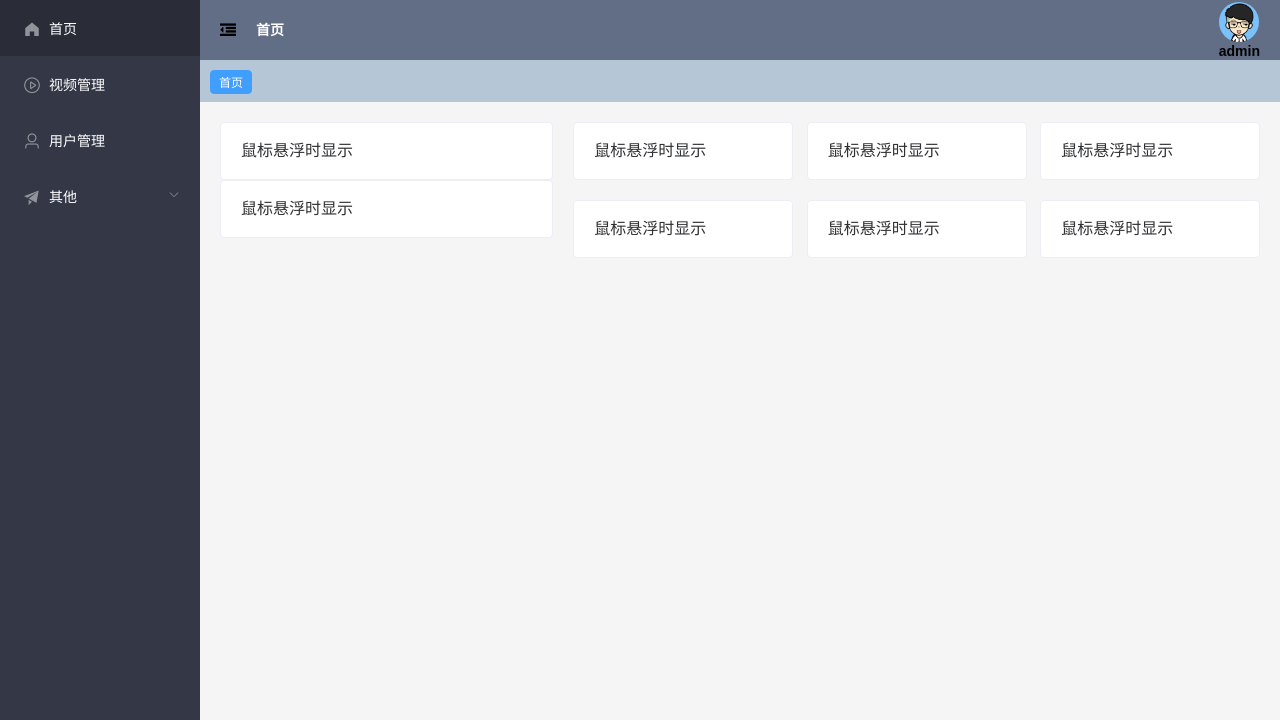
Repository: coWhy/vue-manage
Page: /
An editor plug-in stored every save of this project. The page is shown before and after the next save, followed by the edit.
The browser window is 1280 px wide. The pictures show the whole page.
The project was rebuilt for these pictures with package versions that can differ from the ones it lists, and the page was loaded fresh each time. Also part of the build but not shown: vue.config.js.

Above is the page before, as saved 2020-04-13 22:44:08.

### src/main.js
import Vue from 'vue'
import App from './App.vue'
import router from './router'
import store from './store'
// 全局配置样式
import '@/assets/scss/reset.scss'
import '@/assets/font-awesome-4.7.0/css/font-awesome.css'
// 第三方包
import ElementUI from 'element-ui'
import 'element-ui/lib/theme-chalk/index.css'
// 自定义全局插件
import http from '@/plugins/http' // 自定义全局axios
// 引入Mock 主要是用于前端模拟使用 使用时 记得注释掉
import './mock'

Vue.config.productionTip = false
Vue.use(http)
console.log(
  `当前所处开发环境:【${process.env.NODE_ENV}】| 路由为: 【${process.env.VUE_APP_URL}】`
)
Vue.use(ElementUI)
new Vue({
  router,
  store,
  render: h => h(App)
}).$mount('#app')

### src/App.vue
<template>
  <div id="app">
    <router-view />
  </div>
</template>

<style lang="scss">
#app {
  // color: $theme-color;
  height: 100vh;
}
</style>

### src/router/index.js
import Vue from 'vue'
import VueRouter from 'vue-router'
//
const originalPush = VueRouter.prototype.push
VueRouter.prototype.push = function push(location) {
  return originalPush.call(this, location).catch(err => err)
}
Vue.use(VueRouter)

const routes = [
  {
    path: '/',
    component: () => import('@/views/layout/index'),
    children: [
      {
        path: '/',
        name: 'home',
        component: () => import('@/views/home/index')
      },
      {
        path: '/video',
        name: 'video',
        component: () => import('@/views/video/index')
      },
      {
        path: '/user',
        name: 'user',
        component: () => import('@/views/user/index')
      },
      {
        path: '/page1',
        name: 'page1',
        component: () => import('@/views/other/page1')
      },
      {
        path: '/page2',
        name: 'page2',
        component: () => import('@/views/other/page2')
      }
    ]
  }
]

const router = new VueRouter({
  routes
})

export default router

### src/store/index.js
import Vue from 'vue'
import Vuex from 'vuex'
import tag from './modules/tag'
Vue.use(Vuex)

export default new Vuex.Store({
  state: {},
  mutations: {},
  actions: {},
  modules: {
    tag
  }
})

### src/plugins/http.js
// 自定义开发插件
import axios from 'axios'

const MyHttpServer = {}

MyHttpServer.install = Vue => {
  // 基准地址
  // axios.defaults.baseURL = process.env.VUE_APP_URL
  const service = axios.create({
    baseURL: process.env.VUE_APP_URL, //请求基础url
    timeout: 3000 //  请求超时时间
  })
  // 添加请求拦截器 token拦截
  service.interceptors.request.use(
    config => {
      return config
    },
    err => {
      console.log(err)
    }
  )
  // 响应拦截器
  service.interceptors.response.use(
    response => {
      let res = {}
      //  此处对不同状态码 进行不同的操作 比如404 跳转页面等
      res.status = response.status
      res.data = response.data
      return res
    },
    err => {
      console.log(err)
    }
  )
  Vue.prototype.$http = axios
}
export default MyHttpServer

### src/mock/index.js
import Mock from 'mockjs'
import homeApi from './home'
Mock.setup({
  timeout: '200-2000' // 设置延时 [200 - 2000ms]
})
// 首页相关
// 拦截 /home/getData
Mock.mock('/home/getData', 'get', homeApi.getHomeData) // /\/home\/getData/.

### src/assets/scss/_variable.scss
// 全局配置样式 修改主题颜色
$theme-color: #33aef0;

### src/views/layout/index.vue
<template>
  <el-container class="container">
    <!-- 左侧菜单栏 -->
    <el-aside width="auto">
      <common-aside></common-aside>
    </el-aside>
    <el-container>
      <!-- 头部 -->
      <el-header class="header">
        <common-header></common-header>
      </el-header>
      <!-- Tab标签 -->
      <common-tag class="tag"></common-tag>
      <!-- 主体 -->
      <el-main>
        <router-view></router-view>
      </el-main>
    </el-container>
  </el-container>
</template>

<script>
import CommonAside from './components/aside/index'
import CommonHeader from './components/header/index'
import CommonTag from './components/tag/index'
export default {
  components: {
    CommonAside,
    CommonHeader,
    CommonTag
  }
}
</script>

<style lang="scss" scoped>
.container {
  height: 100%;
}
.header {
  background-color: #626e85; // 头部背景色
  width: 100%;
}
.main {
  padding-top: 0;
}
</style>

### src/views/home/index.vue
<template>
  <el-row class="home" :gutter="20">
    <!-- 左侧 -->
    <el-col :span="8">
      <el-card shadow="hover">
        鼠标悬浮时显示
      </el-card>
      <el-card shadow="hover">
        鼠标悬浮时显示
      </el-card>
    </el-col>
    <!-- 右侧 -->
    <el-col :span="16">
      <!-- 顶部  -->
      <div class="num">
        <el-card shadow="hover" v-for="item in 6" :key="item">
          鼠标悬浮时显示
        </el-card>
      </div>
      <!-- 底部 -->
    </el-col>
  </el-row>
</template>

<script>
export default {
  methods: {
    async getVideoData() {
      const res = await this.$http.get('/home/getData')
      console.log(res)
    }
  },
  created() {
    this.getVideoData()
  }
}
</script>

<style lang="scss" scoped>
@import url('~@/assets/scss/home.scss');
</style>

### src/store/modules/tag.js
export default {
  state: {
    isCollapse: false, // 左侧菜单栏是否折叠
    curMenu: null, // 点击选中的菜单
    menuList: [], // 全部菜单
    tagList: [
      // 首页是不可关闭的
      {
        path: '/',
        name: 'home',
        title: '首页',
        icon: 'el-icon-s-home'
      }
    ] // 存放tags 点击后 就存到里面去
  },
  mutations: {
    // 点击 菜单之后 对应的tab 标签也要 进入 tabList 进行存放
    // 首页 不加入tabList
    getMenu(state, selectedMenu) {
      if (selectedMenu.name !== 'home') {
        state.curMenu = selectedMenu
        let result = state.tagList.findIndex(
          item => item.name === selectedMenu.name
        )
        if (result === -1) {
          // 没找到这个tag 就放进tagList
          state.tagList.push(selectedMenu)
        }
      } else {
        state.curMenu = null
      }
    },
    // 关闭选中的tag
    closeTag(state, selectedTag) {
      // if (selectedTag.name !== 'home') {
      // }
      // 找到tag的索引 进行删除
      let result = state.tagList.findIndex(
        item => item.name === selectedTag.name
      )
      state.tagList.splice(result, 1)
    },
    // 折叠左侧菜单栏
    collapseAsideMenu(state) {
      state.isCollapse = !state.isCollapse
    }
  },
  actions: {},
  modules: {}
}

### src/mock/home.js
import Mock from 'mockjs'
export default {
  getHomeData: () => {
    return {
      code: 20000,
      data: [
        {
          name: 'SpringBoot',
          value: Mock.Random.float(1000, 10000, 0, 2)
        },
        {
          name: 'SpringBoot',
          value: Mock.Random.float(1000, 10000, 0, 2)
        },
        {
          name: 'React',
          value: Mock.Random.float(1000, 10000, 0, 2)
        },
        {
          name: 'Vue',
          value: Mock.Random.float(1000, 10000, 0, 2)
        },
        {
          name: '微信小程序',
          value: Mock.Random.float(1000, 10000, 0, 2)
        },
        {
          name: 'Es6',
          value: Mock.Random.float(1000, 10000, 0, 2)
        },
        {
          name: 'Java',
          value: Mock.Random.float(1000, 10000, 0, 2)
        }
      ]
    }
  }
}

### src/views/layout/components/aside/index.vue
<template>
  <el-menu
    default-active="2"
    class="el-menu-vertical-demo"
    :background-color="asideSetting.bgColor"
    :text-color="asideSetting.texteColor"
    :active-text-color="asideSetting.activeTextColor"
    :collapse="isCollapse"
  >
    <!-- 这是没有子级菜单的
    handleClickMenu(item) 将选中的菜单元素存入store中的menu 用于tab使用
    由于 分两种情况 所以 下面两种 都需要加上handleClickMenu 事件
    v-for="item in noChildrenList" 遍历元素列表
    :index="item.path"  路由相关
    :key="item.title" 索引 避免重复
    -->
    <!-- noChildrenList -->
    <el-menu-item
      :index="item.path"
      v-for="item in noChildrenList"
      :key="item.title"
      @click="handleClickMenu(item)"
    >
      <i :class="item.icon"></i>
      <span slot="title">{{ item.title }}</span>
    </el-menu-item>
    <!-- hasChildrenList -->
    <el-submenu
      :index="item.title"
      v-for="item in hasChildrenList"
      :key="item.title"
    >
      <template slot="title">
        <i :class="item.icon"></i>
        <span slot="title">{{ item.title }}</span>
      </template>
      <el-menu-item-group>
        <el-menu-item
          :index="subItem.path"
          v-for="subItem in item.children"
          :key="subItem.title"
          @click="handleClickMenu(subItem)"
        >
          <i :class="subItem.icon"></i>
          <span slot="title">{{ subItem.title }}</span>
        </el-menu-item>
      </el-menu-item-group>
    </el-submenu>
  </el-menu>
</template>

<script>
export default {
  computed: {
    noChildrenList() {
      // asideMenuList 没有 子级菜单
      return this.asideMenuList.filter(item => !item.children)
    },
    hasChildrenList() {
      // asideMenuList 有 子级菜单
      return this.asideMenuList.filter(item => item.children)
    },
    // 取出vuex中的是否折叠isCollapse
    isCollapse() {
      return this.$store.state.tag.isCollapse
    }
  },
  data() {
    return {
      asideSetting: {
        bgColor: '#343746', // 侧边栏背景颜色
        activeTextColor: '#4ffffb', // 选中字体的颜色
        texteColor: '#fff' // 默认字体颜色
      },
      //侧边栏菜单列表
      asideMenuList: [
        {
          path: '/',
          name: 'home',
          title: '首页',
          icon: 'el-icon-s-home'
        },
        {
          path: '/video',
          name: 'video',
          title: '视频管理',
          icon: 'el-icon-video-play'
        },
        {
          path: '/user',
          name: 'user',
          title: '用户管理',
          icon: 'el-icon-user'
        },
        {
          title: '其他',
          icon: 'el-icon-s-promotion',
          children: [
            {
              path: '/page1',
              name: 'page1',
              title: '页面1',
              icon: 'el-icon-setting'
            },
            {
              path: '/page2',
              name: 'page2',
              title: '页面2',
              icon: 'el-icon-setting'
            }
          ]
        }
      ]
    }
  },
  methods: {
    // 选中菜单 传入store
    handleClickMenu(item) {
      // 跳转到指定的页面
      this.$router.push({ name: item.name })
      this.$store.commit('getMenu', item)
    }
  }
}
</script>

<style lang="scss" scoped>
.el-menu {
  // 菜单占满容器
  height: 100%;
  border: none;
}
// 折叠样式
.el-menu-vertical-demo:not(.el-menu--collapse) {
  width: 200px;
  min-height: 400px;
}
</style>

### src/views/layout/components/header/index.vue
<template>
  <header class="header">
    <div class="l-content">
      <!-- 折叠标签 可以折叠左侧菜单栏 折叠：fa fa-outdent 展开： fa fa-indent -->
      <i
        :class="
          $store.state.tag.isCollapse === true
            ? 'fa fa-indent'
            : 'fa fa-outdent '
        "
        aria-hidden="true"
        @click="collapseAsideMenu()"
      ></i>
      <!-- 面包屑导航 -->
      <el-breadcrumb separator="/">
        <!-- 默认保留一个 首页 -->
        <el-breadcrumb-item :to="{ path: '/' }">首页</el-breadcrumb-item>
        <!-- curMenu 不为null的时候才渲染出来 -->
        <el-breadcrumb-item :to="curMenu.path" v-if="curMenu">
          {{ curMenu.title }}
        </el-breadcrumb-item>
      </el-breadcrumb>
    </div>
    <!-- 用户部分 头像 下拉菜单 等 -->
    <div class="r-content">
      <el-dropdown trigger="click" size="mini">
        <span class="el-dropdown-link">
          <!-- 用户头像 和 用户名 动态获取 -->
          <img :src="userInfo.avatar" class="avatar" />
          <span class="name">{{ userInfo.username }}</span>
        </span>
        <el-dropdown-menu slot="dropdown">
          <el-dropdown-item>个人中心</el-dropdown-item>
          <el-dropdown-item>退出登录</el-dropdown-item>
        </el-dropdown-menu>
      </el-dropdown>
    </div>
  </header>
</template>

<script>
import { mapState } from 'vuex'
export default {
  computed: {
    ...mapState({
      curMenu: state => state.tag.curMenu // 选中的菜单对象
    })
  },
  data() {
    return {
      // 用户信息
      userInfo: {
        username: 'admin', // 用户名
        avatar: require('@/assets/images/user.png') // 用户头像
      }
    }
  },
  methods: {
    // 折叠左侧菜单栏
    collapseAsideMenu() {
      this.$store.commit('collapseAsideMenu')
    }
  }
}
</script>

<style lang="scss" scoped>
.header {
  display: flex;
  height: 100%;
  align-items: center;
  justify-content: space-between;
}
.l-content {
  // width: 380;
  display: flex;
  align-items: center;
  i {
    margin-right: 20px;
  }
  justify-content: space-between;
}
.r-content {
  .avatar {
    width: 40px;
    height: 40px;
    border-radius: 50%;
  }
  .name {
    display: flex;
    height: 100%;
    color: black;
    font-weight: bolder;
    align-items: center;
  }
}
</style>
<style lang="scss">
.el-breadcrumb__item {
  .el-breadcrumb__inner {
    color: #b9d0fb;
    font-weight: normal;
  }
  &:last-child {
    .el-breadcrumb__inner {
      color: #ffffff;
      font-weight: bolder;
    }
  }
}
</style>

### src/views/layout/components/tag/index.vue
<template>
  <div class="tags">
    <!--  tabs标签
  不是首页才可以关闭
  选中tag颜色变化 :effect="$route.name === tag.name ? 'dark' : 'plain'"
  -->
    <el-tag
      size="small"
      :key="tag.name"
      v-for="tag in tagList"
      :closable="tag.name !== 'home'"
      :disable-transitions="false"
      @close="handleClose(tag)"
      @click="changeMenu(tag)"
      :effect="$route.name === tag.name ? 'dark' : 'plain'"
    >
      {{ tag.title }}
    </el-tag>
  </div>
</template>

<script>
import { mapState, mapMutations } from 'vuex'
export default {
  computed: {
    ...mapState({
      tagList: state => state.tag.tagList
    })
  },
  data() {
    return {}
  },
  methods: {
    ...mapMutations({
      closeTag: 'closeTag'
    }),
    // 关闭tag
    handleClose(tag) {
      this.closeTag(tag)
    },
    changeMenu(tag) {
      this.$store.commit('getMenu', tag)
      this.$router.push({ name: tag.name })
    }
  }
}
</script>

<style lang="scss" scoped>
.tags {
  background-color: #b5c6d6;
  position: relative;
  height: 42px;
  border: none;
  overflow: hidden;
  padding: 10px;
  .el-tag {
    padding-top: 1px;
    padding-bottom: 1px;
    margin-right: 15px;
    cursor: pointer;
  }
}
</style>

### src/assets/scss/home.scss
.home {
  .user {
    display: flex;
    align-items: center;
    padding-bottom: 20px;
    margin-bottom: 20px;
    border-bottom: 1px solid #ccc;
    img {
      width: 150px;
      height: 150px;
      border-radius: 50%;
      margin-right: 40px;
    }
    &info {
      .name {
        font-size: 32px;
        margin-bottom: 10px;
      }
      .access {
        color: #999999;
      }
    }
  }
  .login-info {
    p {
      line-height: 28px;
      font-size: 14px;
      color: #999999;
      span {
        color: #666666;
        margin-left: 60px;
      }
    }
  }
  .num {
    display: flex;
    flex-wrap: wrap;
    justify-content: space-between;
    .el-card {
      width: 32%;
      margin-bottom: 20px;
    }
    .icon {
      font-size: 30px;
      width: 80px;
      height: 80px;
      text-align: center;
      line-height: 80px;
      color: #fff;
    }
    .detail {
      margin-left: 15px;
      display: flex;
      flex-direction: column;
      justify-content: center;
      .num {
        font-size: 30px;
        margin-bottom: 10px;
      }
      .txt {
        font-size: 14px;
        text-align: center;
        color: #999999;
      }
    }
  }
  .graph {
    margin-top: 20px;
    display: flex;
    justify-content: space-between;
    .el-card {
      width: 48%;
    }
  }
}

Loaded but not shown: public/index.html (common file); src/assets/scss/reset.scss (common file); src/assets/font-awesome-4.7.0/css/font-awesome.css (library)

After the next save:
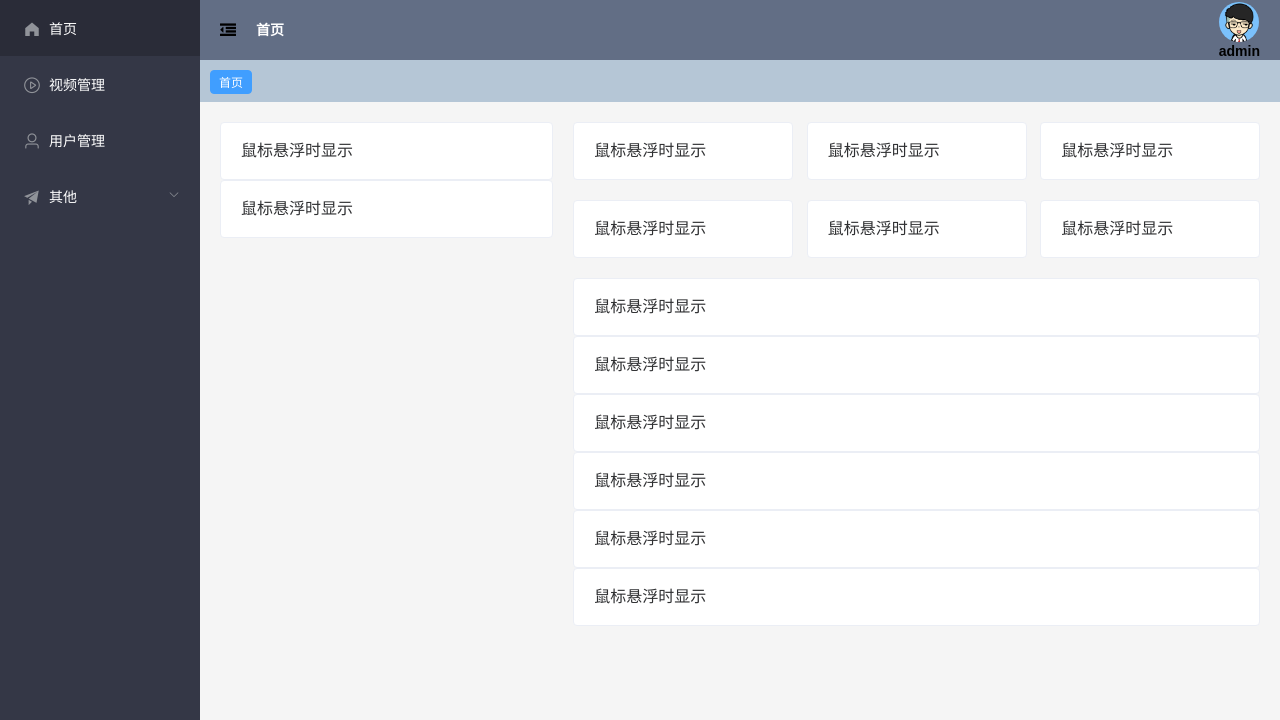
Saved 16 s later.
--- a/src/views/home/index.vue
+++ b/src/views/home/index.vue
@@ -18,6 +18,11 @@
         </el-card>
       </div>
       <!-- 底部 -->
+      <div>
+        <el-card shadow="hover" v-for="item in 6" :key="item">
+          鼠标悬浮时显示
+        </el-card>
+      </div>
     </el-col>
   </el-row>
 </template>
